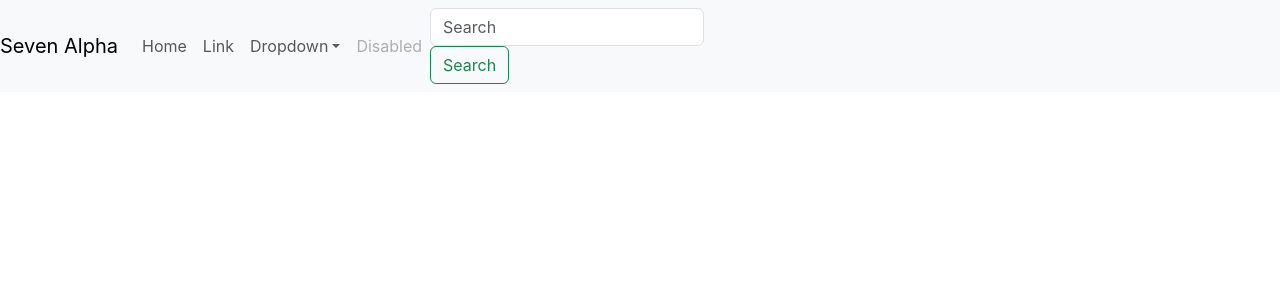
Repository: Shubham-tawar/Text-editor
Page: /
The author's editor kept a copy of each file at every save. The page is drawn from the files as they stood at one save, then again after the next save.
The browser window is 1280 px wide. The pictures show the whole page.
The project was rebuilt for these pictures with package versions that can differ from the ones it lists, and the page was loaded fresh each time. Also part of the build but not shown: src/App.css.

Above is the page before, as saved 2025-07-05 16:17:26.

After the next save:
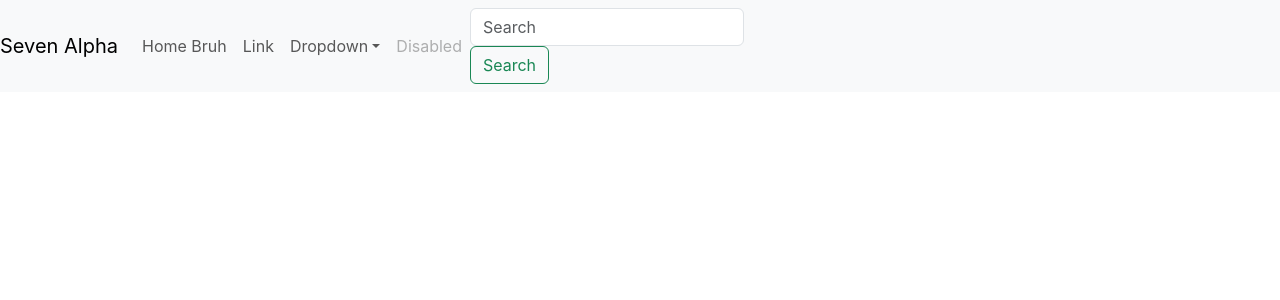
Saved 6 s later.
--- a/src/App.js
+++ b/src/App.js
@@ -5,7 +5,7 @@
 function App() {
   return (
     <>
-    <Navbar title="Seven Alpha" aboutText=""/>
+    <Navbar title="Seven Alpha" aboutText="Bruh"/>
     </>
   );
 }
